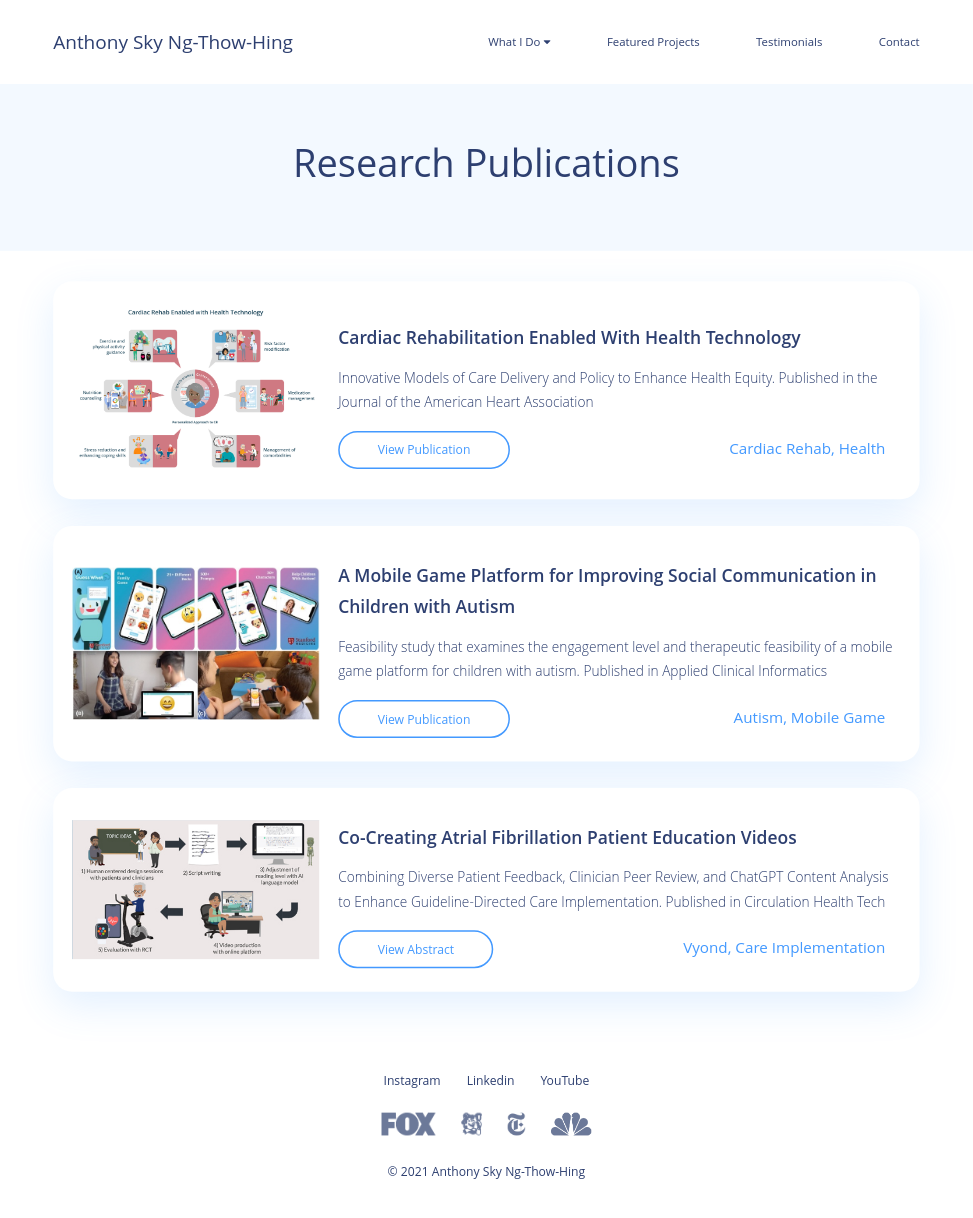
Repository: skynth/skynth
Page: research-publication.html
An editor plug-in stored every save of this project. The page is shown before and after the next save, followed by the edit.
The browser window is 1280 px wide. The pictures show the whole page, at 76% of full size.
Some web libraries are served in a nearby version.

Above is the page before, as saved 2024-05-27 17:00:10.
Console error: ReferenceError: Typed is not defined

### research-publication.html
<!DOCTYPE html>
<html lang ="en">
    <head>
                <!-- Google tag (gtag.js) -->
        <script async src="https://www.googletagmanager.com/gtag/js?id=G-LKRJ9ZJ1J0"></script>
        <script>
        window.dataLayer = window.dataLayer || [];
        function gtag(){dataLayer.push(arguments);}
        gtag('js', new Date());

        gtag('config', 'G-LKRJ9ZJ1J0');
        </script>
        <link rel="icon" type="image/png" href="assets/skyfavicon.png"/>
        <meta charset="UTF-8">
        <meta name="viewport" content="width=device-width, initial-scale=1.0">
        <title>Research Publication</title>
        <link rel="stylesheet" href="style.css">
        <script src="https://code.jquery.com/jquery-3.5.1.js"></script>
        <script src="https://cdnjs.cloudflare.com/ajax/libs/OwlCarousel2/2.3.4/owl.carousel.min.js"></script>

        <link rel="stylesheet" href="https://cdnjs.cloudflare.com/ajax/libs/OwlCarousel2/2.3.4/assets/owl.carousel.min.css">
        <script src="https://kit.fontawesome.com/a076d05399.js"></script>
        <link rel="stylesheet" href="https://cdnjs.cloudflare.com/ajax/libs/font-awesome/5.15.3/css/all.min.css"/>


    </head>
</html>
<body>
    <nav class="navbar">
        <div class="max-width">
            <div class="logo"><a href="index.html">Anthony Sky Ng-Thow-Hing</a></div>
            <ul class="menu">
                <li class ="dropdown">
                    <a class="drop" href="index.html#what-i-do">What I Do
                        <span class="fas fa-caret-down"></span>
                    </a>
                    <input class="check" type="checkbox" id="btn-1">
                    <ul>
                      <li><a href="app-game-dev.html">App & Game Dev</a></li>
                      <li><a href="ux-design.html">UX Design</a></li>
                        <li><a href="research-publication.html">Research Publications</a></li>
                      <li><a href="video-&-animation.html">Video & Animation</a></li>
                      <li><a href="graphic-design.html">Graphic Design</a></li>
                      <li><a href="photo.html">Photo</a></li>
                      <li><a href="soccer-freestyle.html">Soccer Freestyle</a></li>
                  </ul>
                  </li>
                  <li><a href="index.html#projects">Featured Projects</a></li>
                <li><a href="index.html#testimonial">Testimonials</a></li>
                <li><a href="index.html#contact">Contact</a></li>
            </ul>
            <div class="menu-btn">
                <i class="fas fa-bars"></i>
            </div>
        </div>
    </nav>
    <!-- overview section start -->
    <section class = 'overview'>
        <div class="max-width">
                <div class="text">Research Publications</div>
        </div>
    </section>
<!-- Projects section start-->
<section class = 'projects' id = 'projects'>
    <div class="max-width">
        <div class="content">
                        <div class="card">
                <div class="box">
                    <img src="assets/CardiacRehab.png" alt="">
                    <div class="text">
                        <div class="header"> Cardiac Rehabilitation Enabled With Health Technology</div>
                        <div class="description"> Innovative Models of Care Delivery and Policy to Enhance Health Equity. Published in the Journal of the American Heart Association</div>
                        <div class="container">
                        <div class="link">
                            <a href="https://pubmed.ncbi.nlm.nih.gov/38226509/" target="_blank"> View Publication
                        </a></div>
                        <div class="tags">Cardiac Rehab, Health</div>
                    </div>
                    </div>
                </div>
            </div>
            <div class="card">
                <div class="box">
                    <img src="assets/guesswhat.jpeg" alt="">
                    <div class="text">
                        <div class="header">A Mobile Game Platform for Improving Social Communication in Children with Autism</div>
                        <div class="description">Feasibility study that examines the engagement level and therapeutic feasibility of a mobile game platform for children with autism. Published in Applied Clinical Informatics</div>
                        <div class="container">
                        <div class="link">
                            <a href="https://www.ncbi.nlm.nih.gov/pmc/articles/PMC8598393/" target="_blank"> View Publication
                        </a></div>
                        <div class="tags">Autism, Mobile Game</div>
                    </div>
                </div>
                </div>
            </div>
            <div class="card">
                <div class="box">
                    <img src="assets/vyond.jpg" alt="">
                    <div class="text">
                        <div class="header">Co-Creating Atrial Fibrillation Patient Education Videos </div>
                        <div class="description">Combining Diverse Patient Feedback, Clinician Peer Review, and ChatGPT Content Analysis to Enhance Guideline-Directed Care Implementation. Published in Circulation Health Tech</div>
                        <div class="container">
                        <div class="link">
                            <a href="https://www.ahajournals.org/doi/10.1161/circ.148.suppl_1.18240"> View Abstract
                        </a></div>
                        <div class="tags">Vyond, Care Implementation</div>
                    </div>
                </div>
                </div>
            </div>
    </div>
</section>
<section class = 'footer'>
    <div class="container">
      <ul class="flex-row">
        <li><a href="https://www.instagram.com/sky.nth/" target="_blank">Instagram</a></li>
        <li><a href="https://www.linkedin.com/in/anthony-sky-ng-thow-hing-9b1352193/" target="_blank">Linkedin</a></li>
        <li><a href="https://www.youtube.com/channel/UCT4drP1MCx9PZOWwPeEkjXQ" target="_blank">YouTube</a></li>
      </ul>
      <ul class="flex-row">
        <li>
            <a href="https://www.ktvu.com/sports/that-kids-got-game-los-altos-teen-with-impressive-freestyle-soccer-touch" target="_blank">
                <img src="assets/fox.png" alt="FOX KTVU" ></a>
        </li>
        <li>
            <a href="https://www.losaltosonline.com/sports/local-teen-getting-noticed-on-instagram-soccer-field/article_7dc9b403-ef96-5e5e-ba14-50bd3dd21785.html" target="_blank">
            <img src="assets/la-town-crier logo.png" alt="LA Crier" ></a>
        </li>
        <li>
            <a href="https://www.nytimes.com/2020/10/27/learning/our-8th-annual-15-second-vocabulary-video-challenge.html" target="_blank">
                <img src="assets/nytlogo.png" alt="NY Times" ></a>
        </li>
        <li>
            <a href="https://www.nbcbayarea.com/community/growing-up-asian-in-america-winner-sky-ng-thow-hing-on-asian-pacific-america/2314426/" target="_blank">
                <img src="assets/nbc.png" alt="NBC Bay Area" >
            </a>
        </li>
      </ul>
      <p>&copy; 2021 Anthony Sky Ng-Thow-Hing</p>
    </div>
</section>
    <script>
        $('.icon').click(function(){
          $('span').toggleClass("cancel");
        });
      </script>
    <script src ="script.js"></script>

</body>
</html>

Loaded but not shown: script.js (40 lines, source omitted); style.css (1766 lines, source omitted)

After the next save:
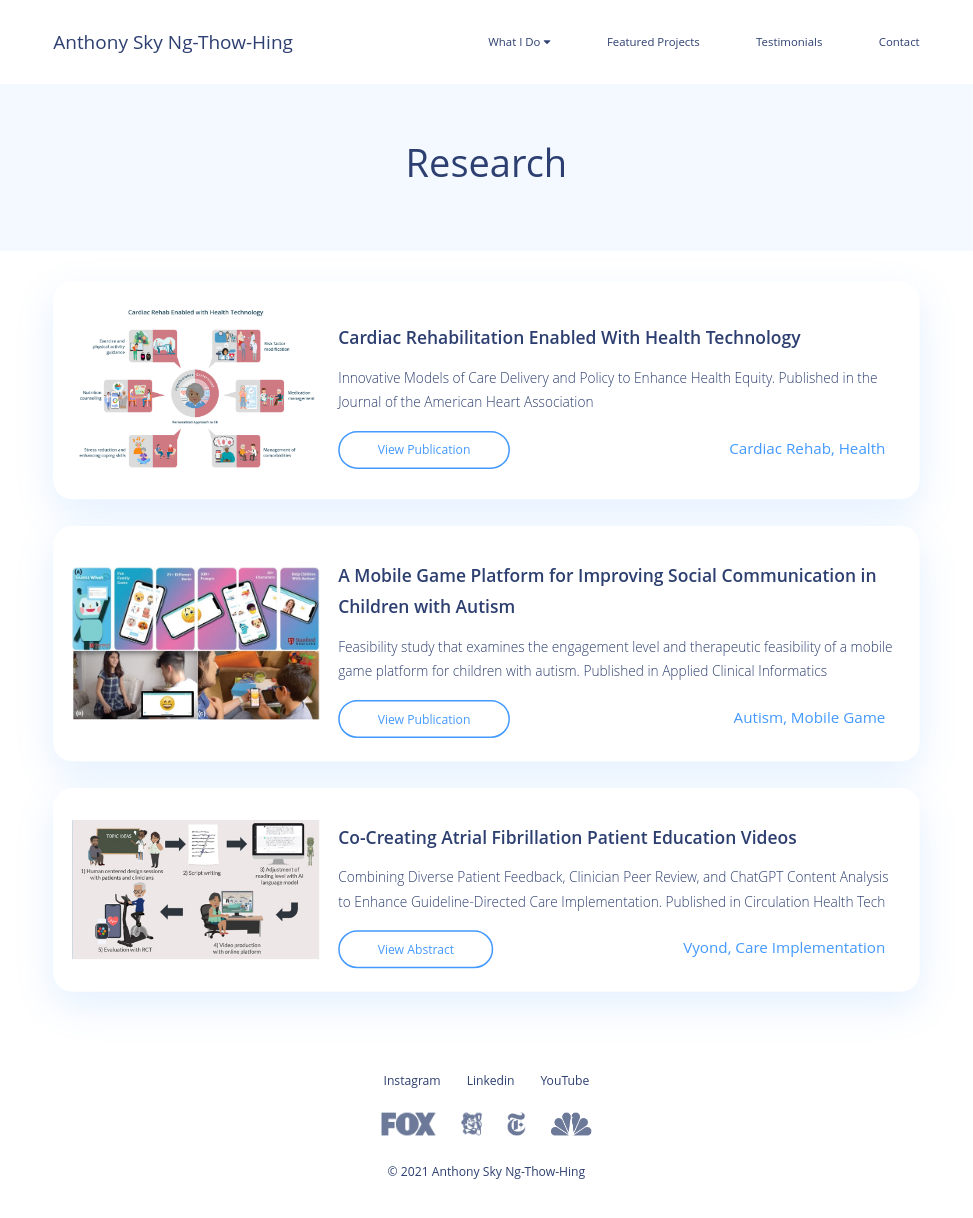
Saved 4 s later.
--- a/research-publication.html
+++ b/research-publication.html
@@ -57,7 +57,7 @@
     <!-- overview section start -->
     <section class = 'overview'>
         <div class="max-width">
-                <div class="text">Research Publications</div>
+                <div class="text">Research</div>
         </div>
     </section>
 <!-- Projects section start-->
